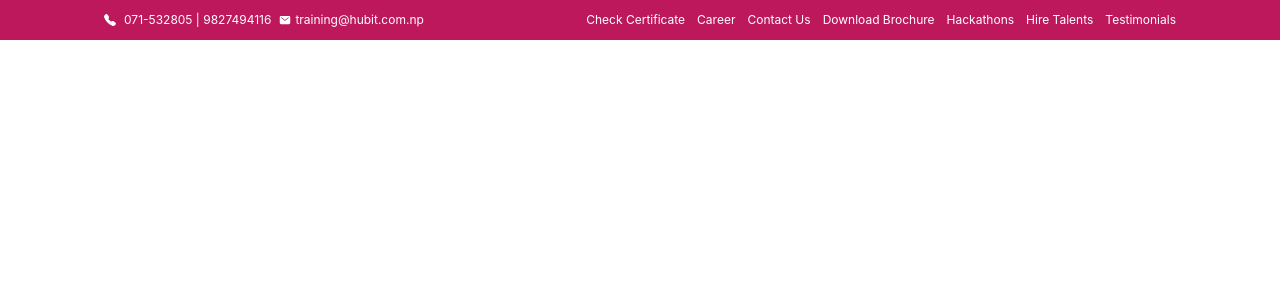
Repository: Sushant203/react-training-
Page: /
These files come from the project's save history. The page is drawn as it stood at one moment and after the next save; the edit follows.
The browser window is 1280 px wide. The pictures show the whole page.
The project was rebuilt for these pictures with package versions that can differ from the ones it lists, and the page was loaded fresh each time. Also part of the build but not shown: src/App.css.

Above is the page before, as saved 2022-12-15 01:21:05.

After the next save:
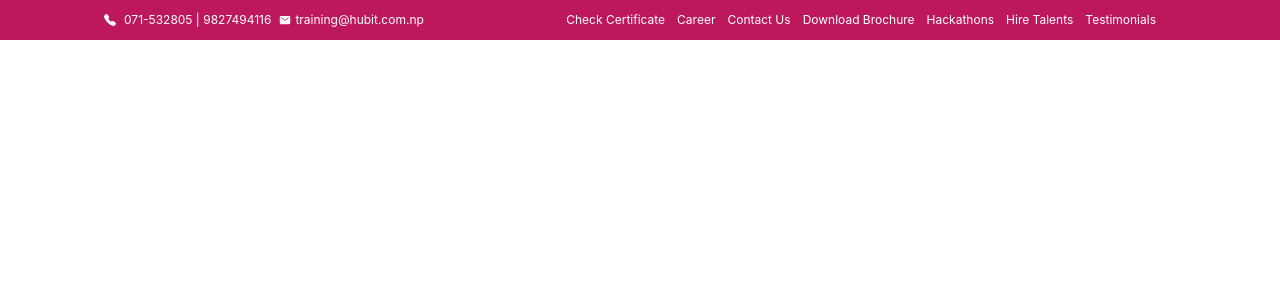
Saved 35 s later.
--- a/src/components/UpperNav.jsx
+++ b/src/components/UpperNav.jsx
@@ -17,7 +17,7 @@ const UpperNav = () => {
         </div>
 
         {/* right section */}
-        <div className="flex gap-3 items-center text-xs mr-24">
+        <div className="flex gap-3 px-5 items-center text-xs mr-24">
           <div className="cursor-pointer">Check Certificate</div>
           <div className="cursor-pointer">Career</div>
           <div className="cursor-pointer">Contact Us</div>

After the save that followed:
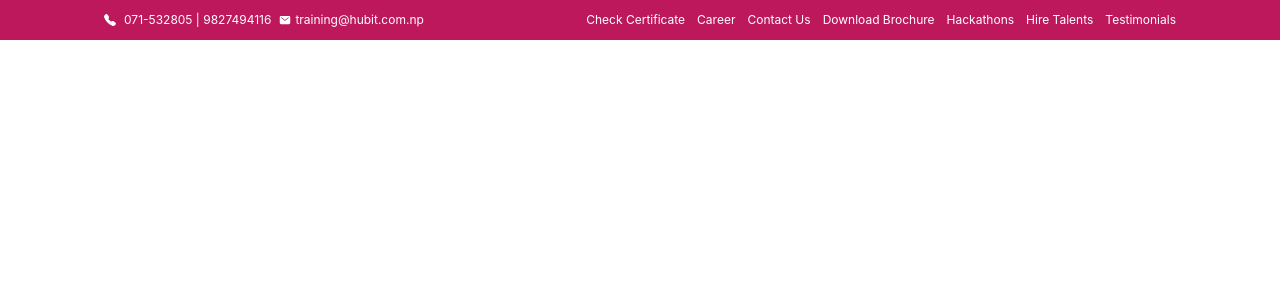
Saved 18 s later.
--- a/src/components/UpperNav.jsx
+++ b/src/components/UpperNav.jsx
@@ -17,7 +17,7 @@ const UpperNav = () => {
         </div>
 
         {/* right section */}
-        <div className="flex gap-3 px-5 items-center text-xs mr-24">
+        <div className="flex gap-3 items-center text-xs mr-24">
           <div className="cursor-pointer">Check Certificate</div>
           <div className="cursor-pointer">Career</div>
           <div className="cursor-pointer">Contact Us</div>
